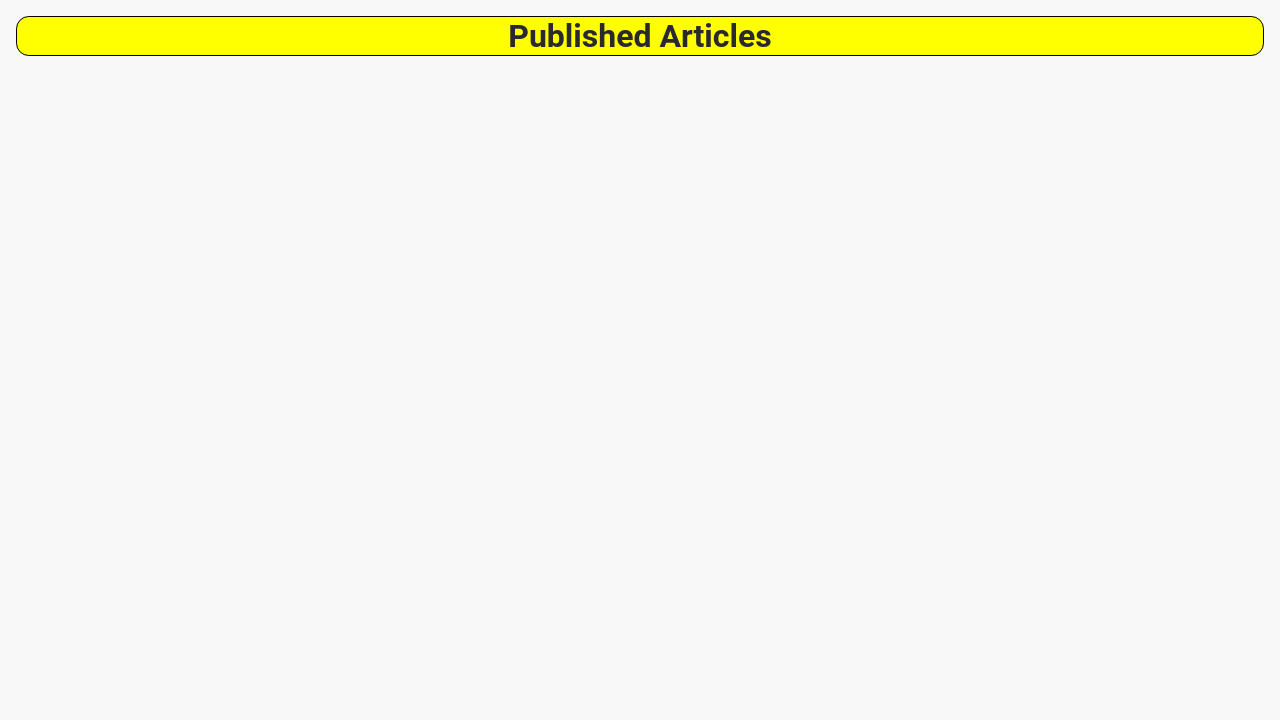
Repository: batmit/publish_articles
Page: /articles
These files come from the project's save history. The page is drawn as it stood at one moment and after the next save; the edit follows.
The browser window is 1280 px wide. The pictures show the whole page.
The page's requests for data from a server got no answer. The project was rebuilt for these pictures with package versions that can differ from the ones it lists, and the page was loaded fresh each time. No one was signed in, and anything a server would have sent is missing. Also part of the build but not shown: src/pages/article.tsx, src/pages/Home.tsx, src/pages/publish_articles.tsx.

Above is the page before, as saved 2021-06-29 18:17:46.

### public/index.html
<!DOCTYPE html>
<html lang="en">
  <head>
    <meta charset="utf-8" />
    <meta name="viewport" content="width=device-width, initial-scale=1" />
    <meta name="theme-color" content="#000000" />
    <meta
      name="description"
      content="Web site created using create-react-app"
    />
    <title>publish_articles</title>
  </head>
  <body>
    <noscript>You need to enable JavaScript to run this app.</noscript>
    <div id="root"></div>
    <!--
      This HTML file is a template.
      If you open it directly in the browser, you will see an empty page.

      You can add webfonts, meta tags, or analytics to this file.
      The build step will place the bundled scripts into the <body> tag.

      To begin the development, run `npm start` or `yarn start`.
      To create a production bundle, use `npm run build` or `yarn build`.
    -->
  </body>
</html>

### src/App.tsx
import React from 'react';
import { BrowserRouter, Route } from 'react-router-dom';
import { Articles } from './pages/articles';

import {Article} from './pages/article'

import {Home} from './pages/Home';
import { Publish_Articles } from './pages/publish_articles';

import './styles/global.scss';



function App() {
  return (

    <BrowserRouter>

      <Route path='/' exact component={Home} />

      <Route path='/articles' exact component={Articles} />

      <Route path='/articles/:id' component={Article} />

      <Route path='/publish' exact component={Publish_Articles} />



    </BrowserRouter>

  );
}

export default App;

### src/pages/articles.tsx
import { useEffect, useState } from "react";
import { useHistory } from "react-router-dom";
import { database } from "../services/firebase";
import '../styles/articles.scss'

export function Articles() {

    const [Assuntos, setAssuntos] = useState<string[]>();

    const assuntos = database.ref(`articles`)

    const history = useHistory();

    useEffect(() => {

        assuntos.on('value', assunto => {

            const databaseAssuntos = assunto.val();

            Object.entries(databaseAssuntos).map(([key, value]) => {
                console.log(key)

            })

            const result = Object.keys(databaseAssuntos)

            setAssuntos(result)

        })


    }, []);

    function handleSeeArticle(nome: string) {
        history.push(`/articles/${nome}`)
    }


    return (
        <>
            <header>
                <h1>Published Articles</h1>
            </header>

            {Assuntos?.map(assunto => {
                return (
                    <button
                        key={assunto}
                        type='button'
                        onClick={() => handleSeeArticle(assunto)}
                        >{assunto}
                    </button>
                )
            })}
        </>
    );
}

### src/styles/global.scss
* {
    margin: 0;
    padding: 0;
    box-sizing: boder-box;
}

body{
    background: #f8f8f8;
    color: #29292e;
}

body, input, button, textarea {
    font: 400 16px 'Roboto', sans-serif ; // se não rodar o Roboto pega o sans-serif
}

header {
    text-align: center;
    justify-content: center;
    align-items: center;
    background: yellow;
    border: 1px solid black;
    border-radius: 0.8rem;
    margin: 1rem;
}

main {
    align-items: center;
    justify-content: center;
    display: flex;
    gap: 10px;
    background: aquamarine;
    border: 1px solid black;
    padding: 10px;


}

### src/services/firebase.ts
import firebase from 'firebase/app'; // tem que baixar primeira yarn add firebase

import 'firebase/auth';
import 'firebase/database';

const firebaseConfig = {
    apiKey: "AIzaSyAnqsPR26s-jH9kgIT35JRFnFNwjQIPuWg",
    authDomain: "publish-articles-5a753.firebaseapp.com",
    databaseURL: "https://publish-articles-5a753-default-rtdb.firebaseio.com",
    projectId: "publish-articles-5a753",
    storageBucket: "publish-articles-5a753.appspot.com",
    messagingSenderId: "1038663375307",
    appId: "1:1038663375307:web:9e3542b0440fa2c5873e4e"
};

firebase.initializeApp(firebaseConfig); //inicio

const auth = firebase.auth(); // vou exportar
const database = firebase.database()

export { firebase, auth, database }

### src/styles/articles.scss
button {
    text-decoration: none;
    padding: 10rem;
}

Loaded but not shown: src/index.tsx (common file)

After the next save:
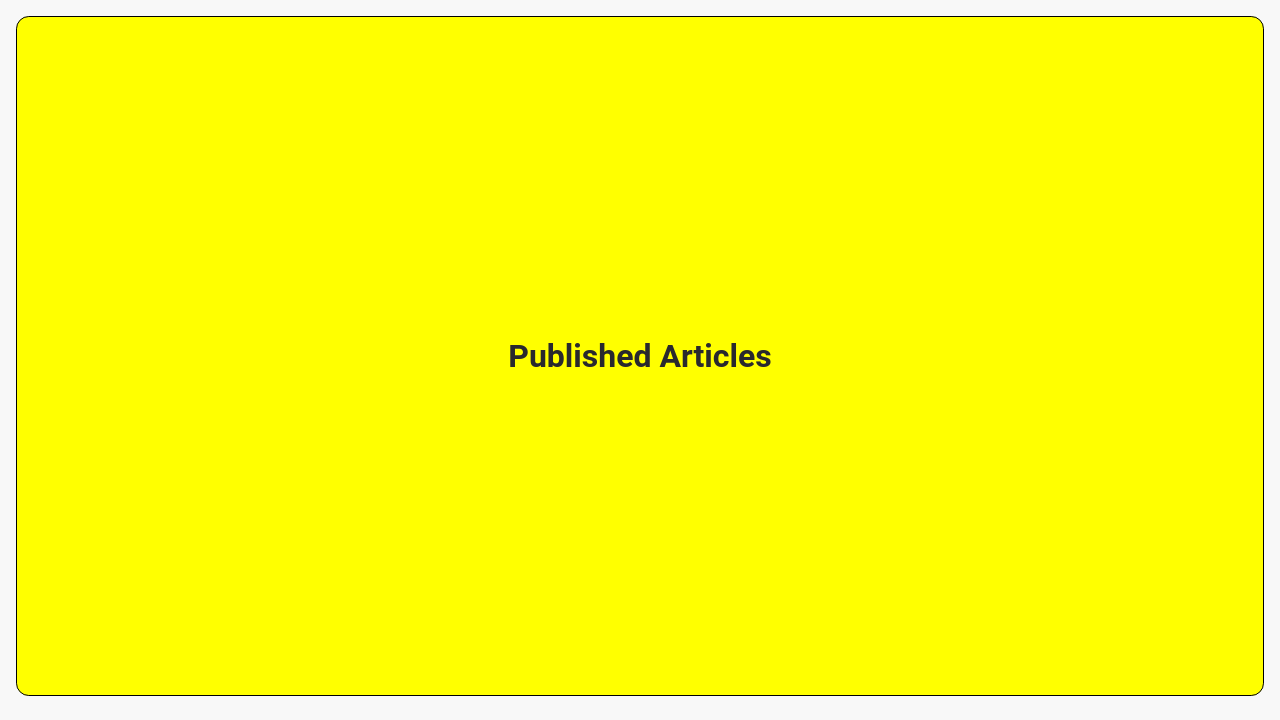
Saved 25 s later.
--- a/src/styles/articles.scss
+++ b/src/styles/articles.scss
@@ -1,4 +1,3 @@
-button {
-    text-decoration: none;
-    padding: 10rem;
+header{
+    padding: 20rem;
 }

After the save that followed:
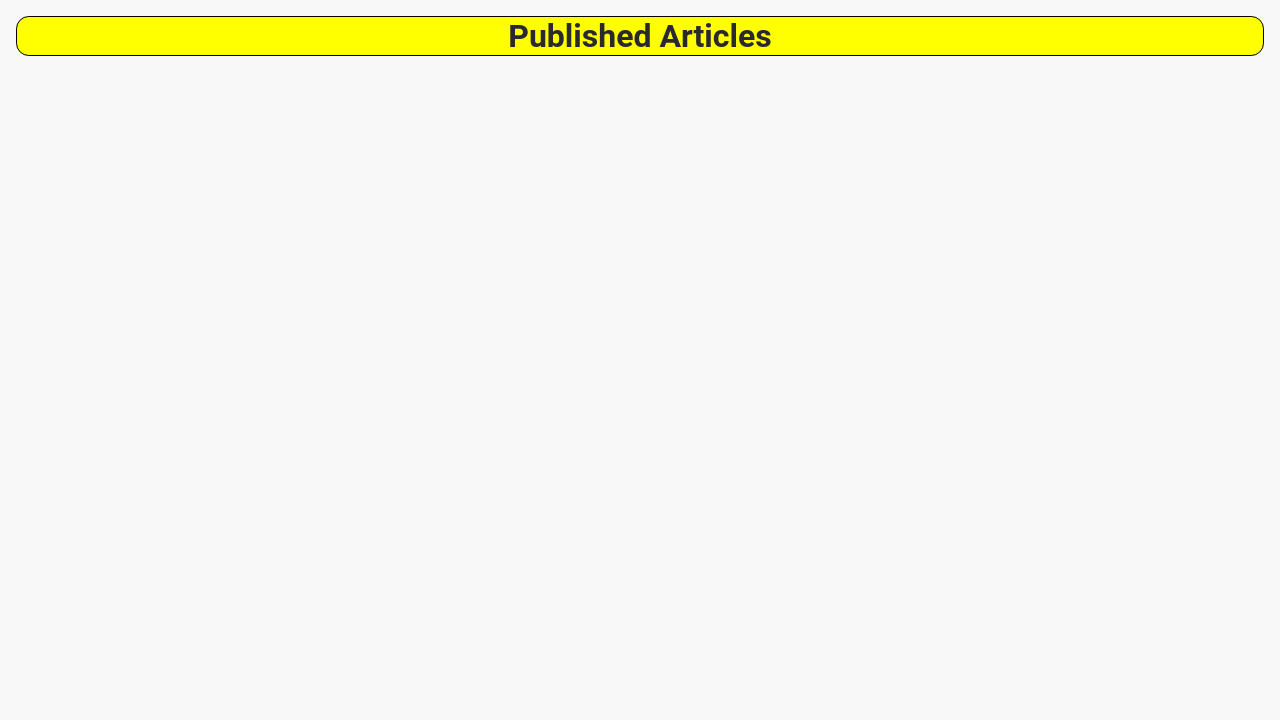
Saved 26 s later.
--- a/src/pages/articles.tsx
+++ b/src/pages/articles.tsx
@@ -1,7 +1,6 @@
 import { useEffect, useState } from "react";
 import { useHistory } from "react-router-dom";
 import { database } from "../services/firebase";
-import '../styles/articles.scss'
 
 export function Articles() {
 
